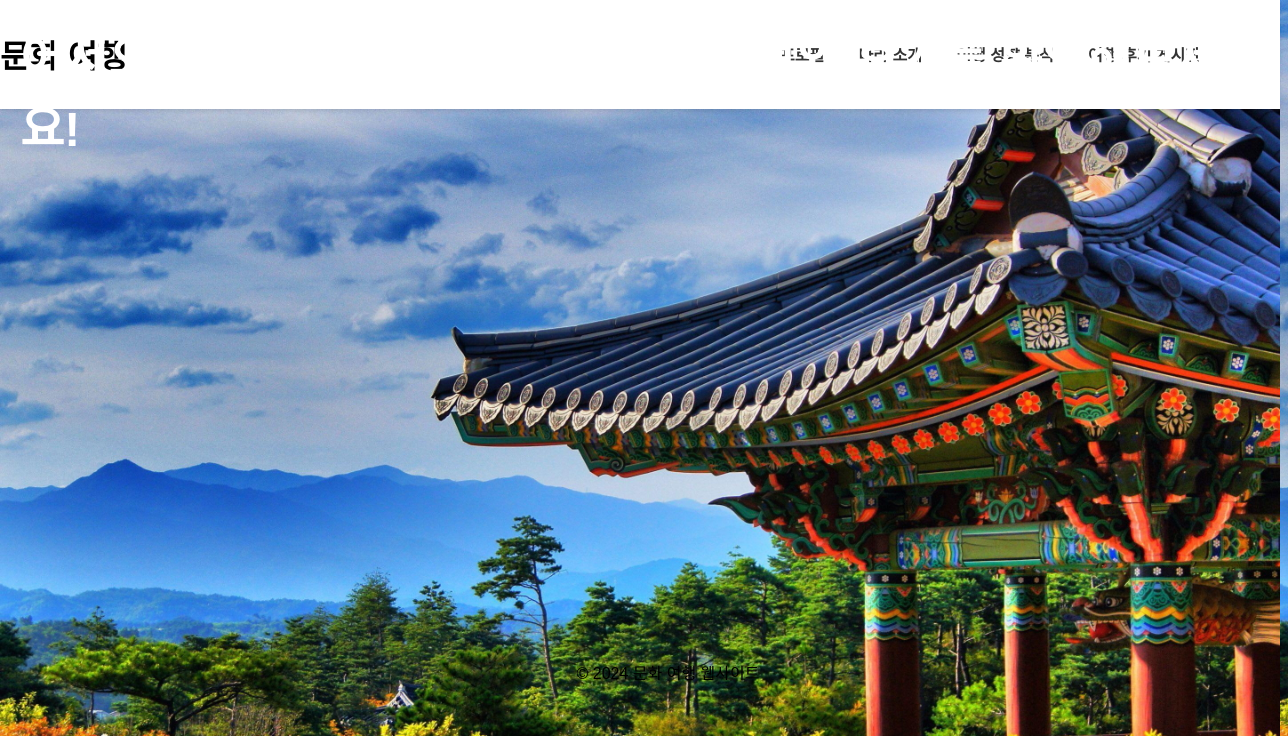
Repository: LifeIsRightward/WebServer
Page: http://localhost/JSPBook/Project/index.jsp
These files come from the project's save history. The page is drawn as it stood at one moment and after the next save; the edit follows.
The browser window is 1280 px wide. The page is 1288 px wide, so the pictures cover 1288 px, including what lies to the right of the window. The pictures show the whole page.
Backgrounds fixed to the window are drawn as part of the page. The page is served by Tomcat 9.

Above is the page before, as saved 2024-06-04 16:11:35.

After the next save:
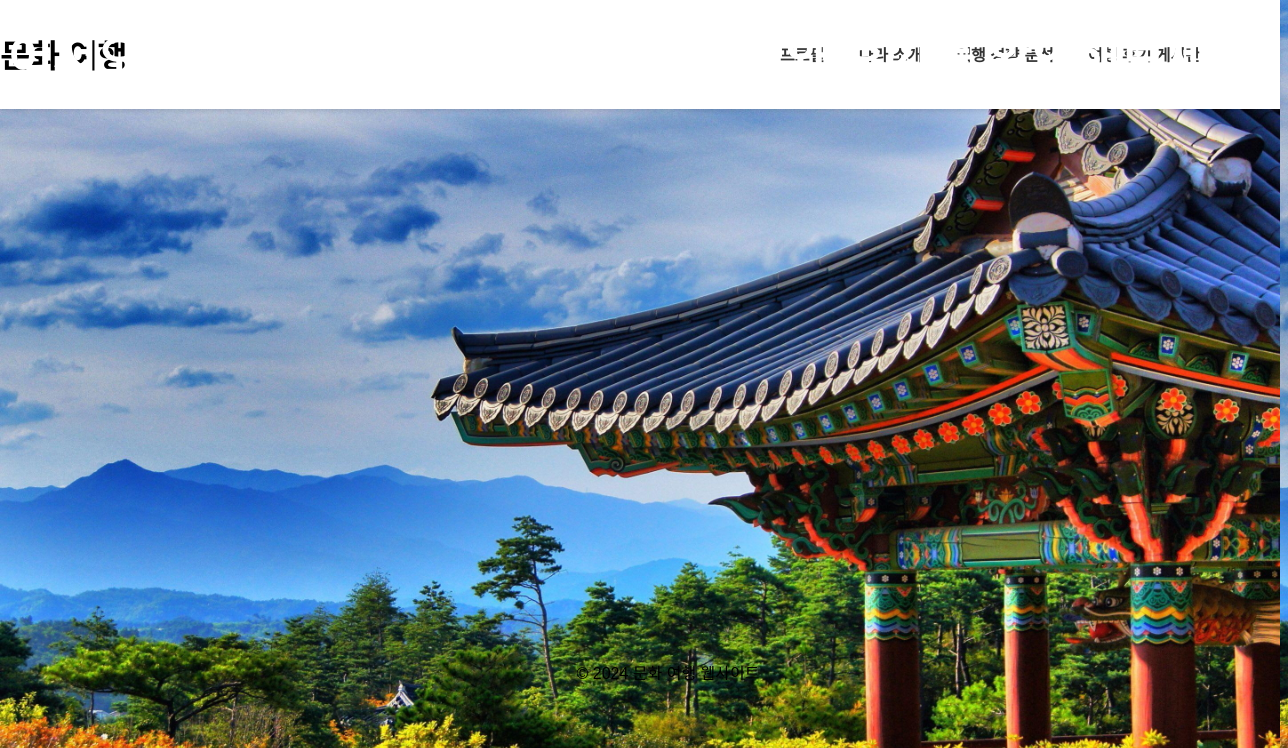
Saved 51 s later.
--- a/JSPBook/src/main/webapp/Project/css/index.css
+++ b/JSPBook/src/main/webapp/Project/css/index.css
@@ -66,9 +66,8 @@ footer {
 
 /* 좌측 상단 텍스트 */
 .welcome-text {
-    position: fixed; /* 상대 위치에서 벗어나고 고정 */
-    top: 20px; /* 상단 여백 */
-    left: 20px; /* 왼쪽 여백 */
+    position: relative; /* 상대 위치 설정 */
+    margin-top: 20px; /* 상단 여백 추가 */
     z-index: 10; /* 다른 요소 위에 표시 */
 }
 
